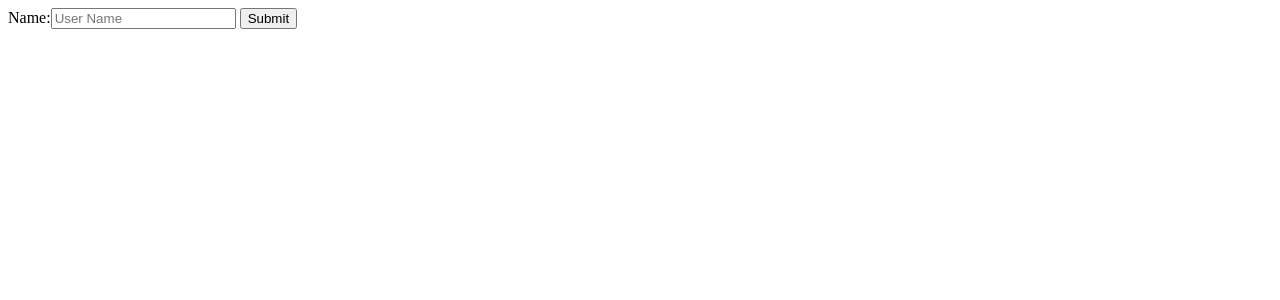
Repository: Ajay9554/javaPrograms
Page: http://localhost/Register/register.jsp
An editor plug-in stored every save of this project. The page is shown before and after the next save, followed by the edit.
The browser window is 1280 px wide. The pictures show the whole page.
The page is served by Tomcat 9. Nobody is signed in. The application's start-up code is not run.

Above is the page before, as saved 2023-10-17 13:47:06.

After the next save:
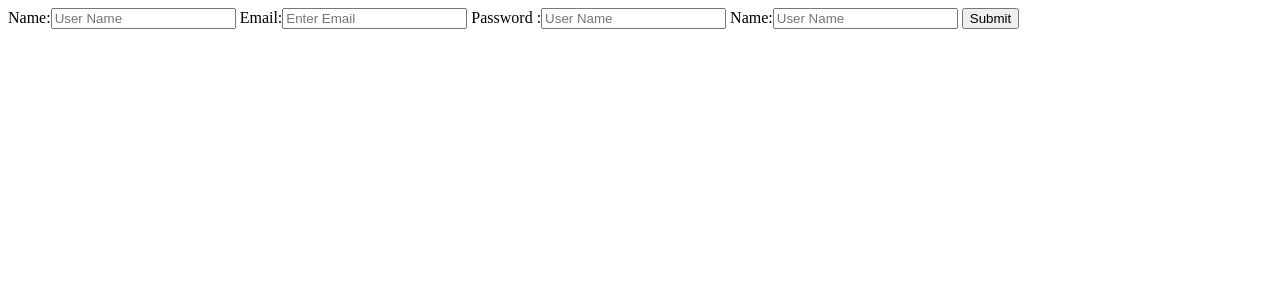
Saved 2 min 22 s later.
--- a/eclipse-workspace/aug1pro/Register/src/main/webapp/register.jsp
+++ b/eclipse-workspace/aug1pro/Register/src/main/webapp/register.jsp
@@ -9,6 +9,9 @@
 <body>
 		<form action="" method="post">
 		 Name:<input type="text" name="name" placeholder="User Name">
+		  Email:<input type="email" name="email" placeholder="Enter Email">
+		   Password :<input type="password	" name="name" placeholder="User Name">
+		    Name:<input type="text" name="name" placeholder="User Name">
 
 			<button type="submit">Submit</button>
 
